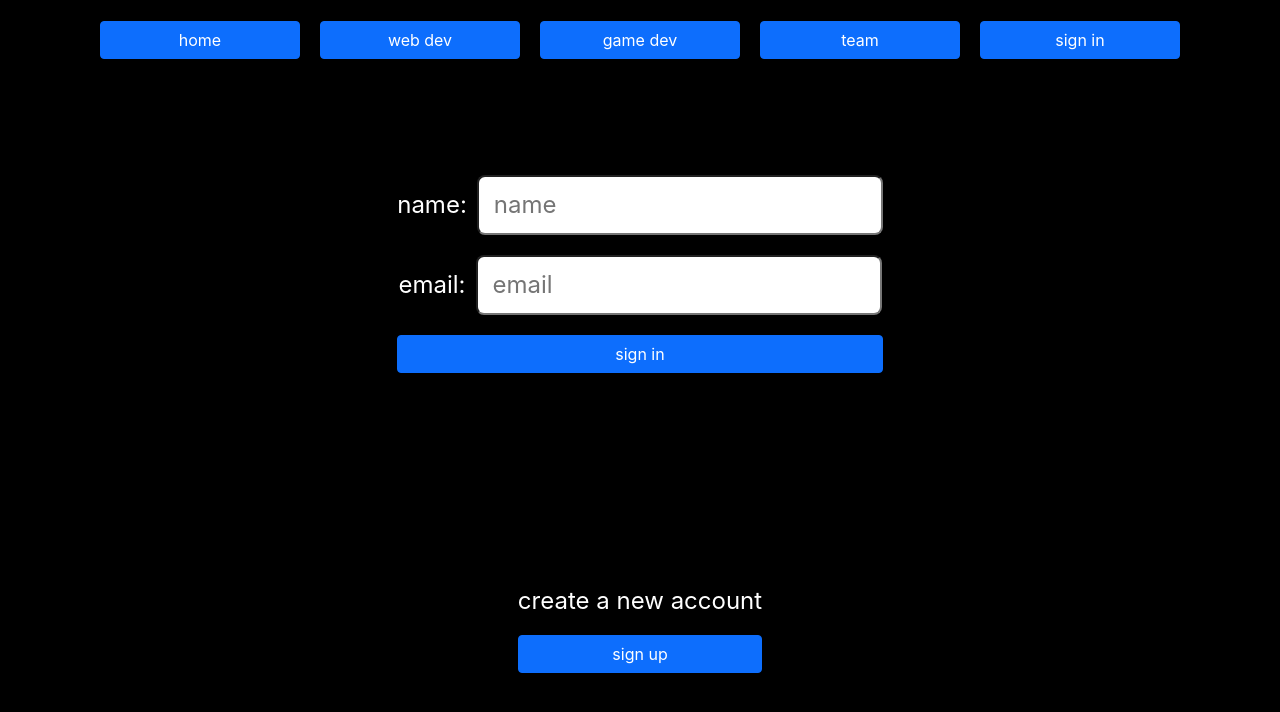
Repository: romAtam/5778
Page: /signin
These files come from the project's save history. The page is drawn as it stood at one moment and after the next save; the edit follows.
The browser window is 1280 px wide. The pictures show the whole page.
The project was rebuilt for these pictures with package versions that can differ from the ones it lists, and the page was loaded fresh each time. Also part of the build but not shown: src/Pages/Home.js, src/Pages/Game.js, src/Pages/Web.js, src/Pages/Team.js, src/Pages/User.js, src/Pages/Register.js.

Above is the page before, as saved 2021-12-12 11:44:38.

After the next save:
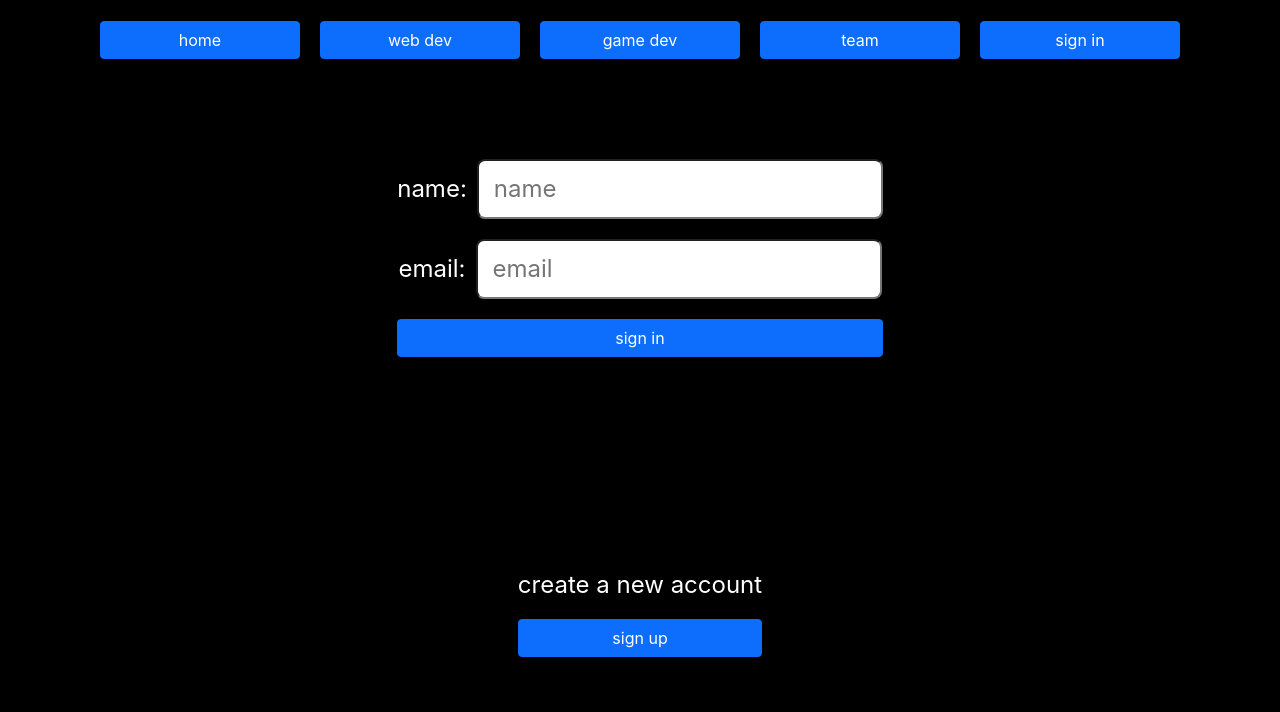
Saved 10 s later.
--- a/src/Pages/Signin.js
+++ b/src/Pages/Signin.js
@@ -33,7 +33,7 @@ display:grid;
 font-size:1.5rem;
 justify-content:center;
 align-items:center;
-padding:2rem 1rem;
+padding:4rem 1rem;
 `
 const Input=styled.input`
 padding:10px 15px;
